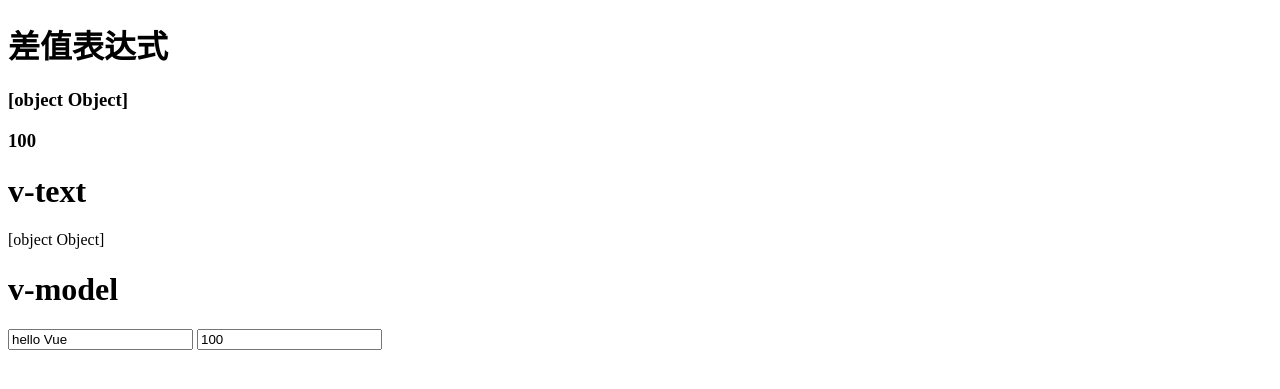
Repository: minfat/vue-reactive
Page: vue/index.html
The author's editor kept a copy of each file at every save. The page is drawn from the files as they stood at one save, then again after the next save.
The browser window is 1280 px wide. The pictures show the whole page.

Above is the page before, as saved 2020-12-07 23:08:53.

After the next save:
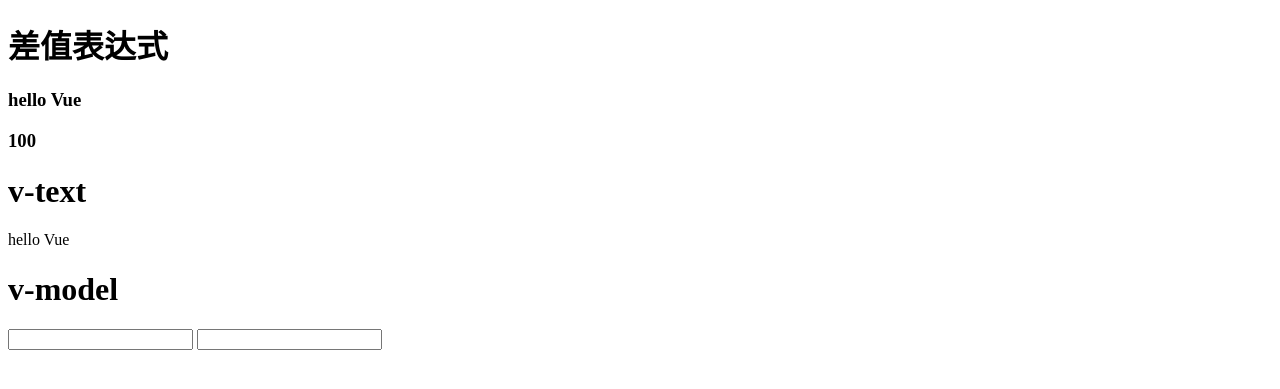
Console error: TypeError: Cannot read properties of undefined (reading 'msg')
Saved 13 s later.
--- a/vue/js/compiler.js
+++ b/vue/js/compiler.js
@@ -46,7 +46,6 @@
     }
     //处理 v-text 指令
     textUpdater(node,value,key) {
-        let self = this
         node.textContent = value
         //创建watcher对象 更新视图
         new Watcher(self.vm,key,(newValue)=>{

After the 2 saves that followed:
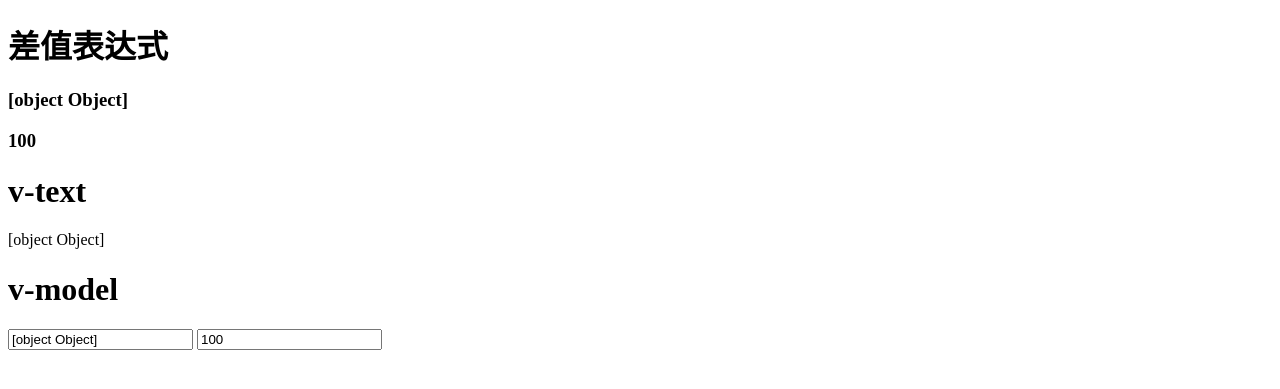
The error is gone.
The 2 saves are shown as one change because 1 left the picture as it was.
The last was saved 64 s later.
--- a/vue/js/compiler.js
+++ b/vue/js/compiler.js
@@ -48,7 +48,7 @@
     textUpdater(node,value,key) {
         node.textContent = value
         //创建watcher对象 更新视图
-        new Watcher(self.vm,key,(newValue)=>{
+        new Watcher(this.vm,key,(newValue)=>{
             node.textContent = newValue
         })
     }
@@ -56,6 +56,10 @@
     modelUpdater(node,value,key) {
         console.log(node,value)
         node.value = value
+        //创建watcher对象 更新视图
+        new Watcher(this.vm,key,(newValue)=>{
+            node.value = newValue
+        })
     }
     //编译文本节点，处理差值表达式
     compileText(node) {
